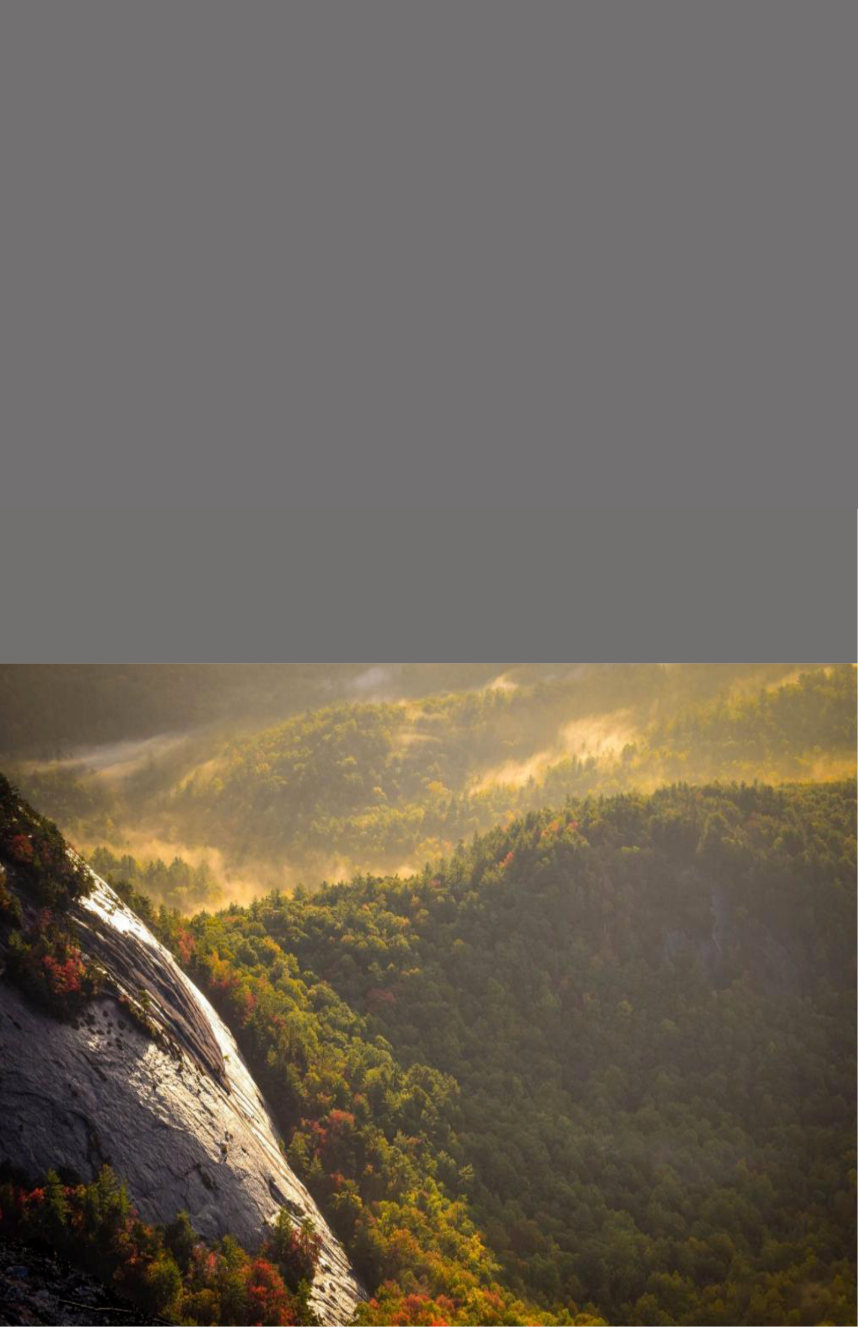
Repository: sogeisetsu/suy-ife
Page: 009-011/index.html
These files come from the project's save history. The page is drawn as it stood at one moment and after the next save; the edit follows.
The browser window is 1280 px wide. The pictures show the whole page, at 67% of full size.

Above is the page before, as saved 2019-10-10 19:31:34.

### 009-011/index.html
<!DOCTYPE html>
<html>
    <head>
        <meta name="charset" content="utf-8">
        <meta http-equiv="refresh" content="30">
        <link rel="stylesheet" href="index.css" type="text/css">
    </head>
    <body>
        <div id=head>
            <div class=headback>
                <!-- <img src="sucai/head-back.png" alt="头部背景" class="head-image"> -->
                <div class="headbackcolor"></div>
                <img src="sucai/head-back.png" alt="头部背景" class="head-image">
            </div>
        </div>
    </body>
</html>

### 009-011/index.css
html,body{
    margin: 0;
    height: 100%;
    width: 100%;
}
#head{
    width: 100%;
    height: 990px;
}
.headback{
    /* position: absolute; */
    width: 100%;
    height: 100%;
    /* z-index: -1; */
}
.headbackcolor{
    position: relative;
    margin: 0;
    width: 100%;
    height: 100%;
    background-color: #130f0f98;
    /* bottom: 990px; */
}
.head-image{
    width: 100%;
    height: 100%;
}
/* #headbackimage{
    width: 100%;
    height: 100%;
} */

After the next save:
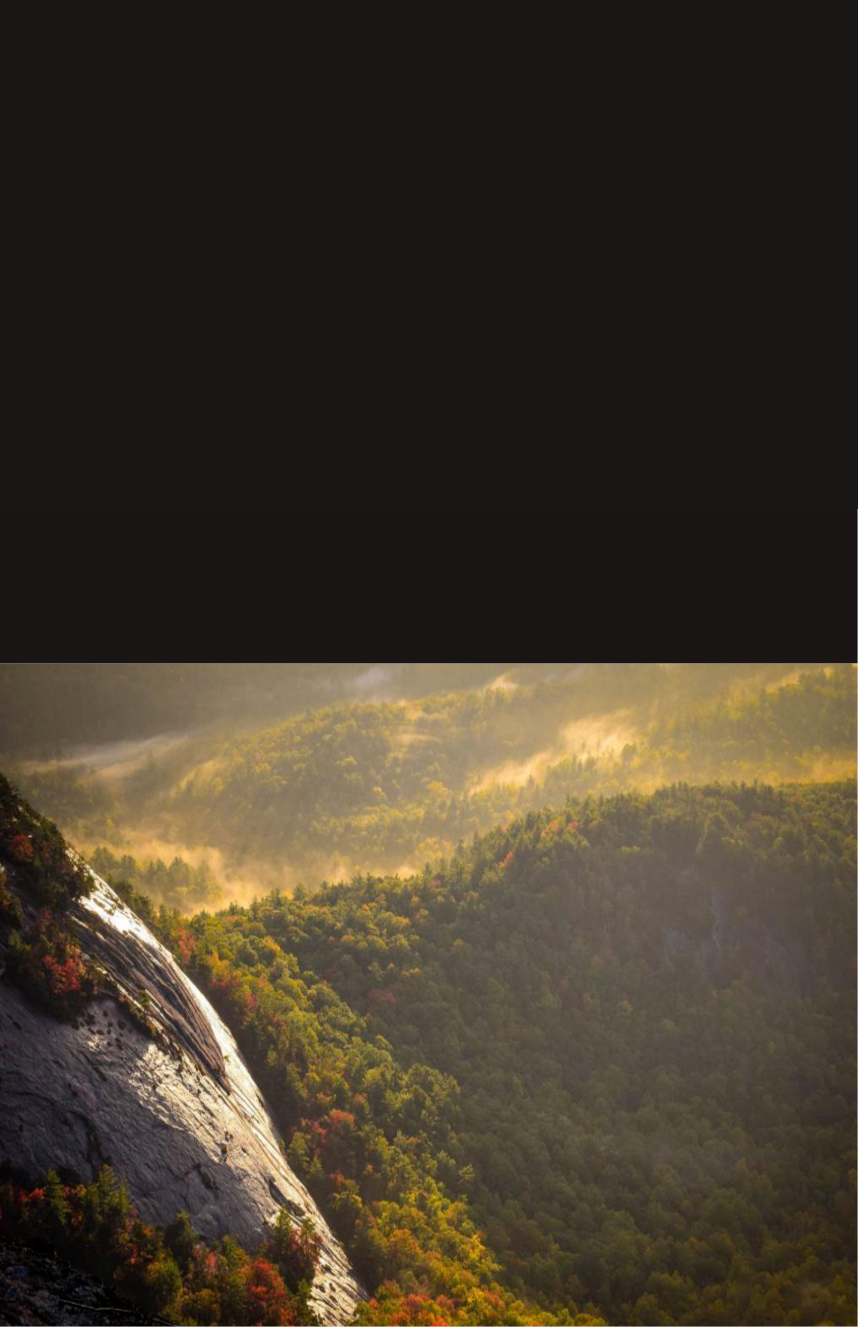
Saved 21 s later.
--- a/009-011/index.css
+++ b/009-011/index.css
@@ -18,7 +18,7 @@ html,body{
     margin: 0;
     width: 100%;
     height: 100%;
-    background-color: #130f0f98;
+    background-color: #130f0ff8;
     /* bottom: 990px; */
 }
 .head-image{
